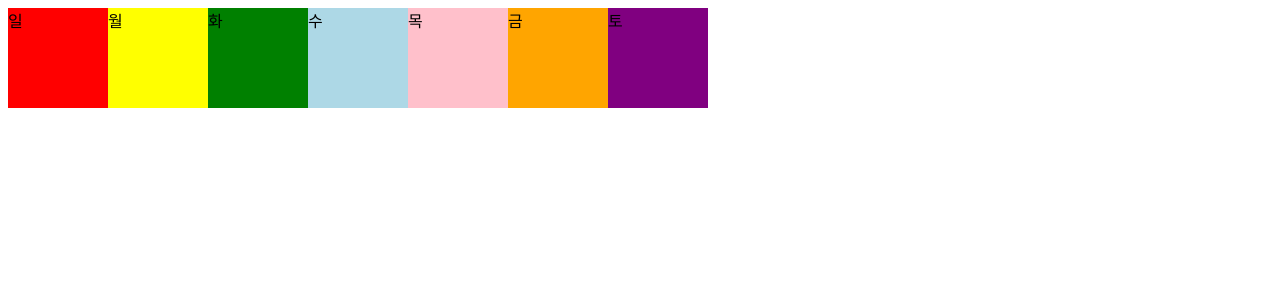
Repository: dhfkdlxm/Lecture-Web
Page: Lecture-Web/WebContent/jquery/homework/exam01.html
The author's editor kept a copy of each file at every save. The page is drawn from the files as they stood at one save, then again after the next save.
The browser window is 1280 px wide. The pictures show the whole page.

Above is the page before, as saved 2021-06-17 07:50:44.

### Lecture-Web/WebContent/jquery/homework/exam01.html
<!DOCTYPE html>
<html>
<head>
<meta charset="UTF-8">
<title>Insert title here</title>
<style type="text/css">
div div {
	width: 100px;
	height: 100px;
	float: left;
}
#sun{
background-color : red
}
#mon{
background-color : yellow;
}
#tue{
background-color : green;
}
#wed{
background-color : lightblue;
}
#thu{
background-color : pink;
}
#fir{
background-color : orange;
}
#sat{
background-color : purple;
}
</style>
<script type="text/javascript" src="/Lecture-Web/jquery/js/jquery-3.6.0.min.js"></script>
<script type="text/javascript">

</script>
</head>
<body>
<div>
<div id = "sun">일</div>
<div id = "mon">월</div>
<div id = "tue">화</div>
<div id = "wed">수</div>
<div id = "thu">목</div>
<div id = "fir">금</div>
<div id = "sat">토</div>
</div>
</body>
</html>

Loaded but not shown: Lecture-Web/WebContent/jquery/js/jquery-3.6.0.min.js (library)

After the next save:
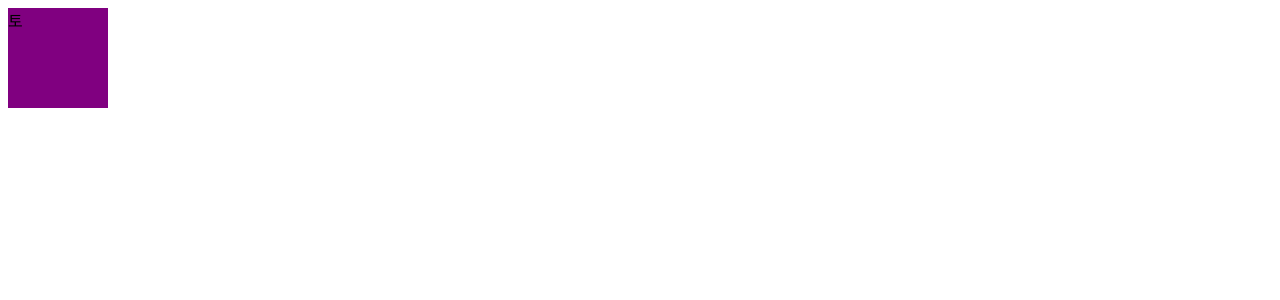
Saved 68 s later.
--- a/Lecture-Web/WebContent/jquery/homework/exam01.html
+++ b/Lecture-Web/WebContent/jquery/homework/exam01.html
@@ -4,6 +4,9 @@
 <meta charset="UTF-8">
 <title>Insert title here</title>
 <style type="text/css">
+div{
+	position : Absolute
+}
 div div {
 	width: 100px;
 	height: 100px;
